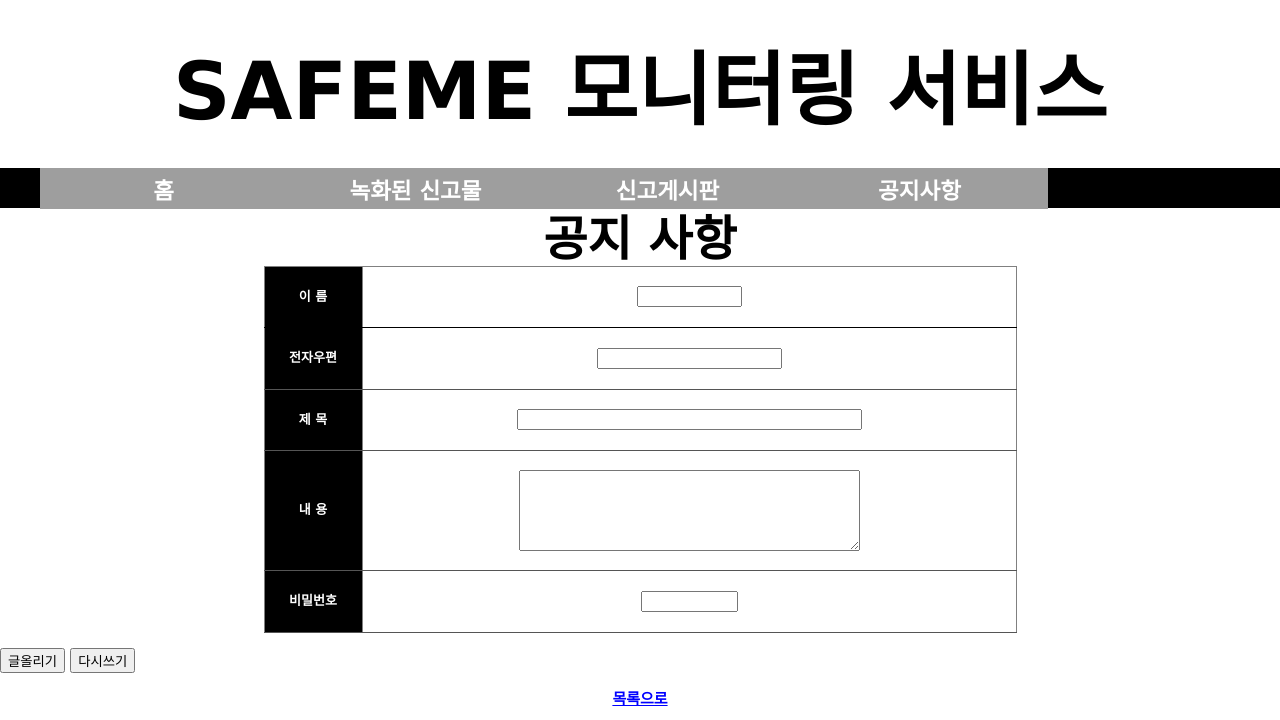
Repository: imdasom/SafeMe
Page: http://localhost/SafeMe/homepage/write1.jsp
These files come from the project's save history. The page is drawn as it stood at one moment and after the next save; the edit follows.
The browser window is 1280 px wide. The pictures show the whole page.
Pictures or frames that could not be fetched are drawn as grey boxes. The page is served by Tomcat 9.

Above is the page before, as saved 2015-12-15 19:14:55.

### FinalSafeMeWeb/SafeMe/homepage/write1.jsp
<%@ page language="java" contentType="text/html; charset=UTF-8" pageEncoding="UTF-8" trimDirectiveWhitespaces="true"%>
<!DOCTYPE html PUBLIC "-//W3C//DTD HTML 4.01 Transitional//EN" "http://www.w3.org/TR/html4/loose.dtd">
<html>
<head>
<jsp:include page="Home.jsp" flush="false" /><br /><br />
<style>
tbody tr:first-child {
    color: #000;
}

table {
    border-collapse: collapse;
    border-bottom-color: #000;
}

</style>




<title>공지사항</title>
<script language=javascript>
        function check() {
                if(document.myform.b_name.value.length==0) {
                        alert("이름을 써주세요");
                        myform.w_name.focus();
                        return false;
                }
                if(document.myform.b_title.value.length==0) {
                        alert("제목을 써주세요.");
                        myform.b_title.focus();
                        return false;
                }
                if(document.myform.b_content.value.length==0) {
                        alert("내용을 써주세요.");
                        myform.b_content.focus();
                        return false;
                }
                if(document.myform.b_pwd.value.length==0) {
                        alert("수정시 필요한 비밀번호를 써주세요.");
                        myform.b_pwd.focus();
                        return false;
                }
                document.myform.submit();
        }
</script>
</head>

<body bgcolor="white" text="black" link="blue" vlink="red" alink="red">

<p align="center"><font color="#00000" size="30"><font size="30"></font><b>공지 사항</b></font>
<table border="1" cellpadding="4" align="center">
    <tr>
        <td width="89" bgcolor="#00000"><p align="center"><font size="2" color="white">이
            름</font></td>
        <td width="645"><form name="myform" method="post" action=write_act1.jsp>
            <p><input type="text" name="b_name" maxlength="10" size="10"></td>
    </tr>
    <tr>
        <td width="89" bgcolor="#00000"><p align="center"><font size="2" color="white">전자우편
</font></td>
        <td width="645"><p><input type="text" name="b_mail" maxlength="30"></td>
    </tr>
    <tr>
        <td width="89" bgcolor="#00000"><p align="center"><font size="2" color="white">제
            목</font></td>
        <td width="645"><p><input type="text" name="b_title" maxlength="60"
size="40"></td>
    </tr>
    <tr>
        <td width="89" bgcolor="#00000"><p align="center"><font size="2" color="white">내
            용</font></td>
        <td width="645"><p><textarea name="b_content" rows="5"
cols="40"></textarea></td>
    </tr>
    <tr>
        <td width="89" bgcolor="#00000"><p align="center"><font size="2" color="white">비밀번호
</font></td>
        <td width="645"><p><input type="password" name="b_pwd" maxlength="12"
             size="9"></td>
    </tr>
</table>
<p><input type="button" value="글올리기" onclick="check()"> <input
 type="reset" value="다시쓰기">
</p></form>
<center>
<a href="list1.jsp"> 목록으로 </a>



</body>
</html>

### FinalSafeMeWeb/SafeMe/homepage/Home.jsp
<%@ page language="java" contentType="text/html; charset=EUC-KR"
	pageEncoding="EUC-KR"%>
<!DOCTYPE html PUBLIC "-//W3C//DTD HTML 4.01 Transitional//EN" "http://www.w3.org/TR/html4/loose.dtd">
<html xmlns="http://www.w3.org/1999/xhtml">
<head>
<meta http-equiv="Content-Type" content="text/html; charset=iso-8859-1" />
<title>대한민국 치안 방지 프로젝트</title>
<style type="text/css">
<!--
body {
	margin: 0;
	padding: 0;
	font: bold 15px/1.5em 맑은 고딕, Verdana, Arial, Helvetica, sans-serif;
}

h2 {
	font: bold 80px 맑은 고딕, Verdana, Arial, Helvetica, sans-serif;
	color: #000;
	margin: 26px;
	padding: 0px 0px 0px 0px;
}

/*- Menu Tabs E--------------------------- */
#tabsE {
	float: left;
	width: 100%;
	background: #000;
	font-size: 150%;
	line-height: normal;
	height: 40px;
}

#tabsE ul {
	margin: 0;
	/* padding:10px 10px 0 50px; */
	list-style: none;
	text-align: center;
}

#tabsE li {
	display: inline;
	margin: 0;
	padding: 0;
}

#tabsE a {
	float: left;
	background: url("tableftE.gif") no-repeat left top;
	margin: 0;
	padding: 0 0 0 4px;
	text-decoration: none;
	width: 20%;
}

#tabsE a span {
	float: left;
	display: block;
	background: url("tabrightE.gif") no-repeat right top;
	padding: 5px 15px 4px 6px;
	color: #FFF;
}
/* Commented Backslash Hack hides rule from IE5-Mac \*/
#tabsE a span {
	float: none;
}
/* End IE5-Mac hack */
#tabsE a:hover span {
	color: #FFF;
}

#tabsE a:hover {
	background-position: 0% -42px;
}

#tabsE a:hover span {
	background-position: 100% -42px;
}

#tabsE #current a {
	background-position: 0% -42px;
}

#tabsE #current a span {
	background-position: 100% -42px;
}

--> /* 게시판 css */
table {
	border-collapse: collapse;
	border-bottom-color: #000;
	text-align: center;
}

tbody tr:first-child {
	color: #000;
	text-align: center;

}

thead {
	background-color: #f4f4f4; /* border-bottom:1px solid #f4f4f4; */
}

tbody tr:hover {
	cursor: pointer;
}

tbody tr:first-child th {
	background: #000;
}

tbody tr:first-child th p font {
	color: #fff;
}


tbody tr:not(:FIRST-CHILD){
	border-bottom: 1px solid #555;
}

tbody tr:not(:first-child) th p a {
	text-decoration: none;
}

</style>
</head>
<body>

	<h2 style="text-align: center;">SAFEME 모니터링 서비스</h2>
	<div id="tabsE">
		<ul>
			<!-- CSS Tabs -->
			<li><a href="HomeImage.jsp"><span>홈</span></a></li>
			<li><a href="recordkesipan.jsp"><span>녹화된 신고물</span></a></li>
			<li><a href="sinkokyesipan.jsp"><span>신고게시판</span></a></li>
			<li><a href="list1.jsp"><span>공지사항</span></a></li>

		</ul>
	</div>

</body>

</html>

After the next save:
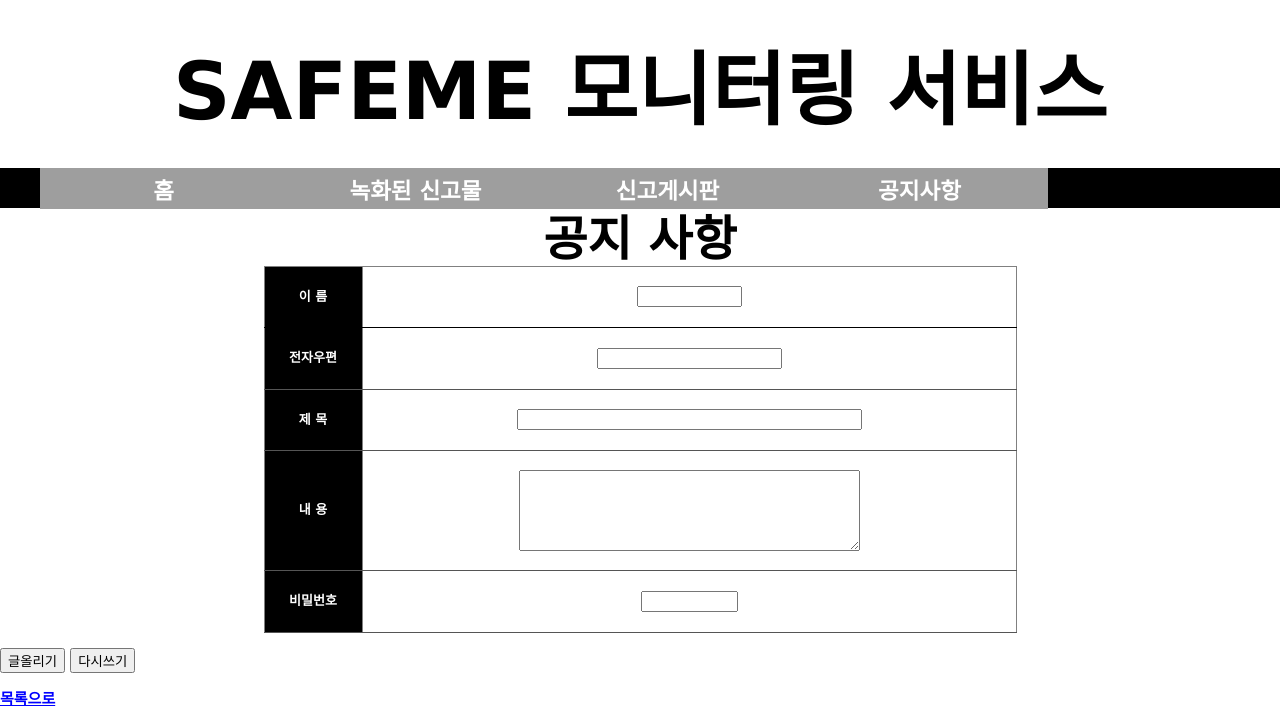
Saved 3 s later.
--- a/FinalSafeMeWeb/SafeMe/homepage/write1.jsp
+++ b/FinalSafeMeWeb/SafeMe/homepage/write1.jsp
@@ -83,7 +83,6 @@ cols="40"></textarea></td>
 <p><input type="button" value="글올리기" onclick="check()"> <input
  type="reset" value="다시쓰기">
 </p></form>
-<center>
 <a href="list1.jsp"> 목록으로 </a>
 
 
